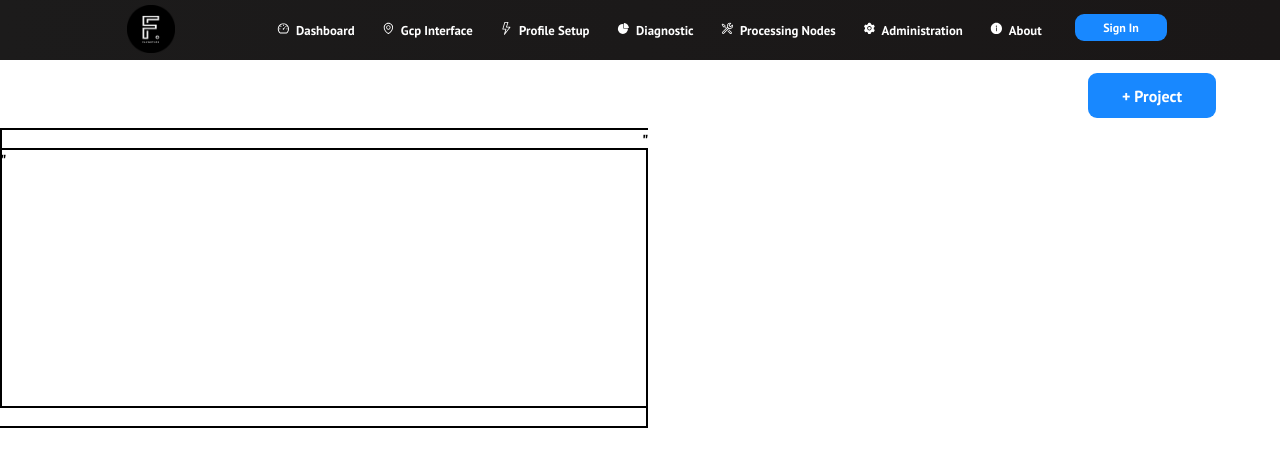
Repository: Akshaykumar1111/akki
Page: /Dashboard
An editor plug-in stored every save of this project. The page is shown before and after the next save, followed by the edit.
The browser window is 1280 px wide. The pictures show the whole page.
Some web libraries are served in a nearby version. The project was rebuilt for these pictures with package versions that can differ from the ones it lists, and the page was loaded fresh each time. Also part of the build but not shown: src/components/pages/Administration.css, src/components/pages/Administration.js, src/components/pages/Diagnostic.js, src/components/pages/ProfileSetup.js, src/components/pages/GcpInterface.js, src/components/pages/ProcessingNodes.js, src/components/pages/About.js, src/components/pages/Popup.css and 7 more.

Above is the page before, as saved 2022-10-20 11:08:38.

After the next save:
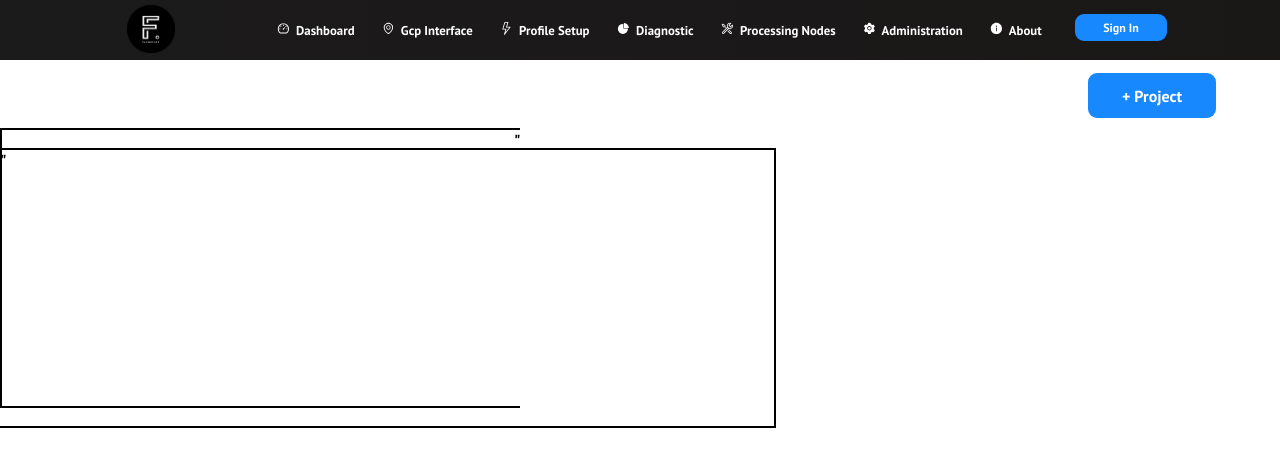
Saved 15 s later.
--- a/src/components/pages/Dashboard.css
+++ b/src/components/pages/Dashboard.css
@@ -1,5 +1,5 @@
 div11{
-    padding: 0% 50% 20% 50%;
+    padding: 0% 60% 20% 40%;
     border:2px solid black;
     background: transparent;
     }
